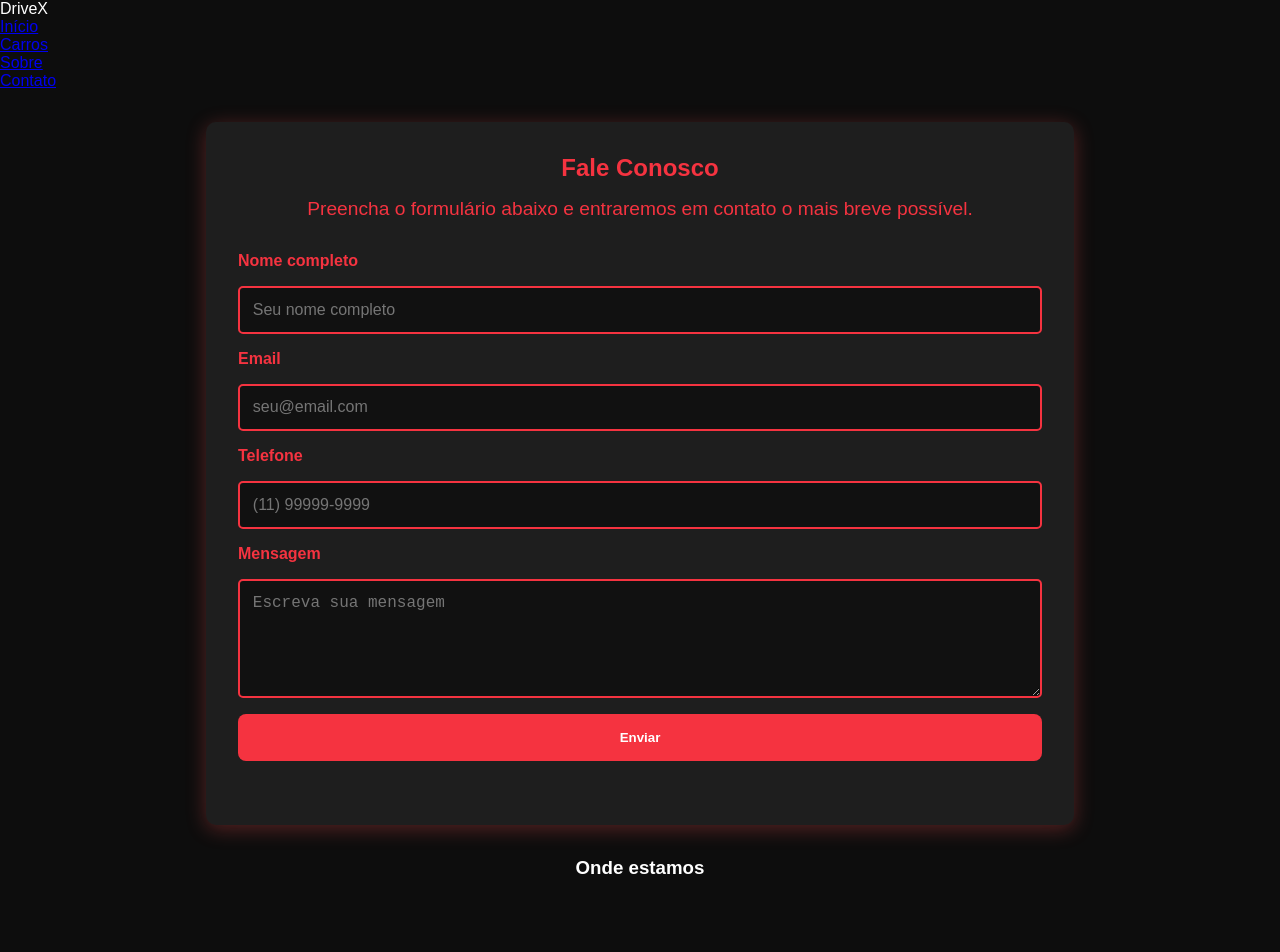
Repository: Mateushlp/DriveX
Page: contato.html
The author's editor kept a copy of each file at every save. The page is drawn from the files as they stood at one save, then again after the next save.
The browser window is 1280 px wide. The pictures show the part of the page from y = 0 to 952 px (the page is 1400 px tall before and 1383 px after).
Pictures or frames that could not be fetched are drawn as grey boxes.

Above is the page before, as saved 2025-06-24 21:16:12.

### contato.html
<!DOCTYPE html>
<html lang="pt-BR">
<head>
  <meta charset="UTF-8" />
  <meta name="viewport" content="width=device-width, initial-scale=1.0"/>
  <title>DriveX - Contato</title>
  <link rel="stylesheet" href="contatos.css" />
</head>
<body>
  <header>
    <div class="logo">Drive<span>X</span></div>
    <nav>
      <ul>
        <li><a href="index.html">Início</a></li>
        <li><a href="carros.html">Carros</a></li>
        <li><a href="sobre.html">Sobre</a></li>
        <li><a href="contato.html" class="ativo">Contato</a></li>
      </ul>
    </nav>
  </header>
  <main>
    <section class="contato-section">
      <h2>Fale Conosco</h2>
      <p>Preencha o formulário abaixo e entraremos em contato o mais breve possível.</p>

      <form id="form-contato">
        <label for="nome">Nome completo</label>
        <input type="text" id="nome" name="nome" required placeholder="Seu nome completo" />

        <label for="email">Email</label>
        <input type="email" id="email" name="email" required placeholder="seu@email.com" />

        <label for="telefone">Telefone</label>
        <input type="tel" id="telefone" name="telefone" placeholder="(11) 99999-9999" />

        <label for="mensagem">Mensagem</label>
        <textarea id="mensagem" name="mensagem" rows="5" required placeholder="Escreva sua mensagem"></textarea>

        <button type="submit" class="btn-enviar">Enviar</button>
      </form>

      <p id="resposta-contato" class="resposta"></p>
    </section>

    <section class="mapa-section">
      <h3>Onde estamos</h3>
      <iframe
        src="https://www.google.com/maps/embed?pb=!1m18!1m12!1m3!1d3656.910621564848!2d-46.65915618444137!3d-23.564723284678864!2m3!1f0!2f0!3f0!3m2!1i1024!2i768!4f13.1!3m3!1m2!1s0x94ce59b1ee1e495b%3A0x3995f41db290dede!2sAv.%20Paulista%2C%201313%20-%20Bela%20Vista%2C%20S%C3%A3o%20Paulo%20-%20SP!5e0!3m2!1spt-BR!2sbr!4v1687206503256!5m2!1spt-BR!2sbr"
        allowfullscreen=""
        loading="lazy"
        referrerpolicy="no-referrer-when-downgrade">
      </iframe>
    </section>
  </main>

  <footer class="rodape">
    <p>&copy; 2025 DriveX. Todos os direitos reservados.</p>
    <p>Contato: contato@drivex.com | (11) 99999-9999</p>
  </footer>

  <script src="contato.js"></script>
</body>
</html>

### contatos.css
/* Reset e base */
* {
  margin: 0;
  padding: 0;
  box-sizing: border-box;
}

body {
  font-family: 'Arial', sans-serif;
  background-color: #0d0d0d;
  color: #fff;
}

/* Cabeçalho */
.cabecalho {
  display: flex;
  justify-content: space-between;
  align-items: center;
  padding: 20px 50px;
  background-color: #000;
}

.cabecalho h1 {
  font-size: 1.8rem;
  font-weight: bold;
  color: #fff;
}

.cabecalho h1 strong {
  color: #f53340;
}

.menu {
  display: flex;
  gap: 2rem;
  list-style: none;
}

.menu a {
  color: #fff;
  text-decoration: none;
  font-size: 1rem;
  padding: 0.3rem 0.7rem;
  border-radius: 6px;
  transition: background-color 0.3s ease;
}

.menu a:hover,
.menu .ativo {
  background-color: #f53340;
  color: #000;
}

/* Main e seções */
main {
  max-width: 900px;
  margin: 2rem auto;
  padding: 0 1rem;
}

.contato-section {
  background: #1e1e1e;
  padding: 2rem;
  border-radius: 10px;
  box-shadow: 0 4px 20px rgba(255, 83, 83, 0.3);
  margin-bottom: 2rem;
}

.contato-section h2,
.contato-section p {
  text-align: center;
  color: #f53340;
}

.contato-section h2 {
  margin-bottom: 1rem;
}

.contato-section p {
  margin-bottom: 2rem;
  font-size: 1.2rem;
}

form {
  display: flex;
  flex-direction: column;
  gap: 1rem;
}

label {
  color: #f53340;
  font-weight: bold;
}

input[type="text"],
input[type="email"],
input[type="tel"],
textarea {
  padding: 0.8rem;
  border-radius: 5px;
  border: 2px solid #f53340;
  font-size: 1rem;
  resize: vertical;
  background: #111;
  color: #fff;
}

textarea {
  min-height: 100px;
}

.btn-enviar {
  background-color: #f53340;
  color: #fff;
  border: none;
  padding: 1rem;
  border-radius: 8px;
  font-weight: bold;
  cursor: pointer;
  transition: background-color 0.3s;
}

.btn-enviar:hover {
  background-color: #ff4a5a;
}

.resposta {
  margin-top: 1rem;
  font-weight: 600;
  color: green;
  text-align: center;
}

.mapa-section {
  text-align: center;
}

.mapa-section h3 {
  margin-bottom: 1rem;
  color: #fff;
}

iframe {
  width: 100%;
  max-width: 600px;
  height: 400px;
  border: none;
  border-radius: 10px;
}

.rodape {
  margin-top: 1rem;
  color: #fff;
  font-size: 0.9rem;
  text-align: center;
  padding-bottom: 2rem;
}

/* Responsivo */
@media (max-width: 600px) {
  .cabecalho {
    flex-direction: column;
    gap: 1rem;
  }
}

### contato.js
const formContato = document.getElementById('form-contato');
const respostaContato = document.getElementById('resposta-contato');

formContato.addEventListener('submit', (e) => {
  e.preventDefault();

  const nome = formContato.nome.value.trim();
  const email = formContato.email.value.trim();
  const telefone = formContato.telefone.value.trim();
  const mensagem = formContato.mensagem.value.trim();

  if(!nome || !email || !mensagem){
    respostaContato.style.color = 'red';
    respostaContato.textContent = 'Por favor preencha os campos obrigatórios: nome, email e mensagem.';
    return;
  }

  // Aqui você pode fazer um envio via fetch/ajax se quiser ou só mostrar a mensagem de sucesso
  respostaContato.style.color = 'green';
  respostaContato.textContent = `Obrigado ${nome} pelo contato. Responderemos em breve!`;

  formContato.reset();
});

After the next save:
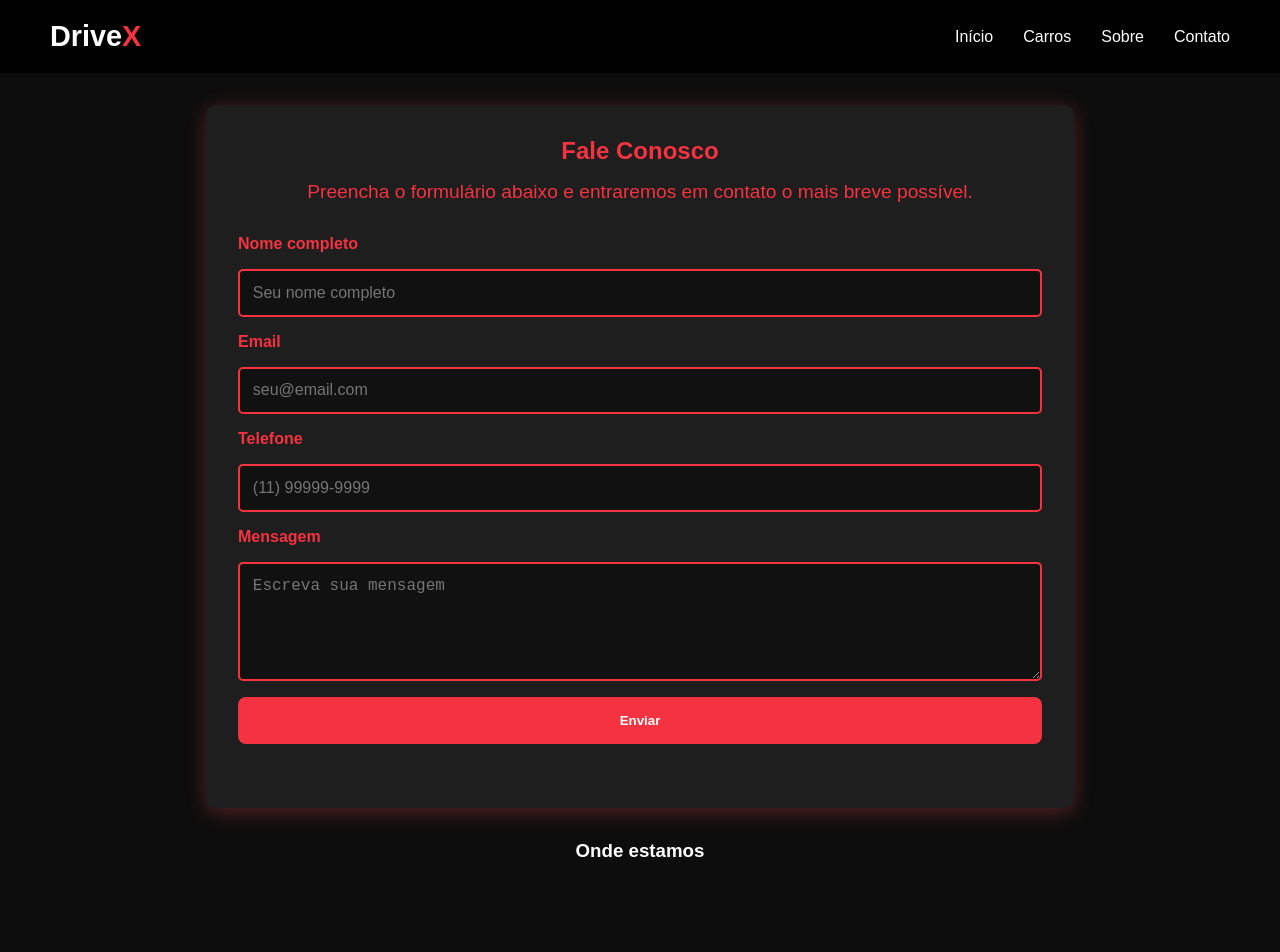
Saved 25 s later.
--- a/contatos.css
+++ b/contatos.css
@@ -10,6 +10,36 @@
   background-color: #0d0d0d;
   color: #fff;
 }
+
+header {
+  display: flex;
+  justify-content: space-between;
+  align-items: center;
+  padding: 20px 50px;
+  background-color: #000;
+}
+
+.logo {
+  font-size: 1.8rem;
+  font-weight: bold;
+}
+
+.logo span {
+  color: #f53340;
+}
+
+nav ul {
+  list-style: none;
+  display: flex;
+  gap: 30px;
+}
+
+nav a {
+  color: #fff;
+  text-decoration: none;
+  font-size: 1rem;
+}
+
 
 /* Cabeçalho */
 .cabecalho {
